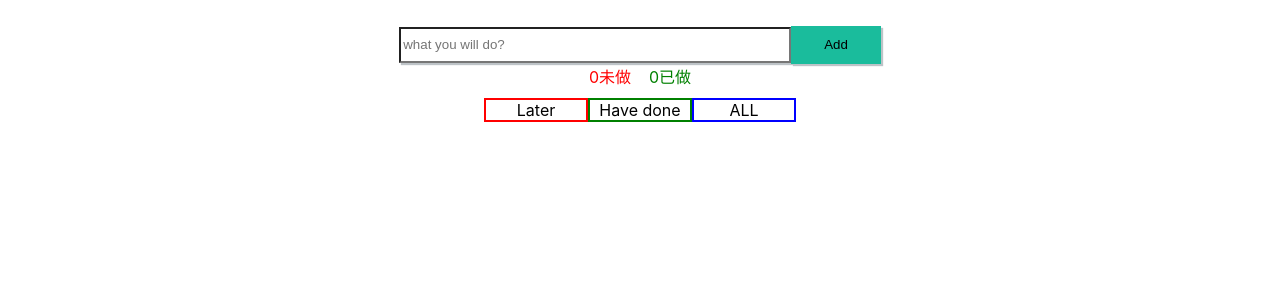
Repository: yurensmile/todolist
Page: /
The author's editor kept a copy of each file at every save. The page is drawn from the files as they stood at one save, then again after a run of saves.
The browser window is 1280 px wide. The pictures show the whole page.
The project was rebuilt for these pictures with package versions that can differ from the ones it lists, and the page was loaded fresh each time. Also part of the build but not shown: src/All.js, src/HaveDone.js.

Above is the page before, as saved 2019-03-20 17:08:22.

### src/App.js
import React, { Component } from 'react';
import Todos from './Todos'
import './App.css';

class App extends Component {

  constructor() {
    super();
    this.state={
      inputValue: '',
      laters: [],
      havedones: [],
      checked: false,
      id: 1
    };
    this.updateHavedone = this.updateHavedone.bind(this);
    this.updateLaters = this.updateLaters.bind(this);
  }

  handleOnClick() {
    this.setState(state =>{
      const laters = state.laters.concat(state.inputValue);

      return {
        laters,
        inputValue: ""
      }
    })
    console.log(this.state.all);
  }
  updateInputValue(e) {
    this.setState({
      inputValue: e.target.value
    })
  }

// 点击了三栏内容
  contentOnclick(e) {
    let choice = e.target.innerHTML;
    this.setState((preState)=>{
      switch(choice){
        case "Later": return {id: 1};
        case "Have done": return {id: 2};
        case "ALL": return {id: 3};
        default: return {id:1};
      }
    })
  }

 // 如果todo中的某个被点击，则在todo中删除，并添加到havedone中
  updateHavedone(index, item){
    this.setState(state => {
      let n = state.laters.indexOf(item);
      let tem = state.laters.slice();
      tem.splice(n, 1);
      let havedones = state.havedones.concat(item);
      return ({
        havedones,
        laters: tem
      })
    })
  }

// 如果havedone中的某个被点击，则在havedone中删除，并添加到later中
  updateLaters(index, item){
    console.log("this is updatelaters");
    this.setState(state => {
      let n = state.havedones.indexOf(item);
      let tem = state.havedones.slice();
      tem.splice(n, 1);
      let laters = state.laters.concat(item);
      return({
        laters,
        havedones: tem
      })
    })
  }

  render() {
    return (
      <div className="App">
        <input type="text" placeholder="what you will do?" name="todo" value={this.state.inputValue} onChange={this.updateInputValue.bind(this)}/>
        <button onClick={this.handleOnClick.bind(this)}>Add</button><br/>
        <span style={{color: "red"}}>{this.state.laters.length}未做&nbsp;&nbsp;&nbsp;&nbsp;</span>
        <span style={{color: "green"}}>{this.state.havedones.length}已做</span>
        <div id="content" onClick={this.contentOnclick.bind(this)}>
          <div className="choice later">Later</div>
          <div className="choice havedone" >Have done</div>
          <div className="choice all">ALL</div>
        </div>
        {/* 列表内容 */}
        <Todos
          id={this.state.id}
          laters={this.state.laters}
          havedones={this.state.havedones}
          all={this.state.all}
          updateHavedones={this.updateHavedone}
          updateLaters={this.updateLaters}
        />
      </div>
    );
  }
}

export default App;

### src/Todos.js
import React, { Component } from 'react';
import All from './All'
import HaveDone from './HaveDone'
import Later from './Later'

class Todos extends Component{

  render(){
    return(
      <div>
        {
          (()=>{
            switch(this.props.id){
              case 1: return <Later laters={this.props.laters}
                                  updateHavedones={this.props.updateHavedones}
                                  />;
              case 2: return <HaveDone havedones={this.props.havedones}
                                  updateLaters={this.props.updateLaters}
                                  />;
              case 3: return <All laters={this.props.laters} havedones={this.props.havedones}/>
              default: console.log("sofunny");
            }

          })()}
      </div>
    )
  }
}
export default Todos;

### src/App.css
.App {
  margin-top: 2%;
  text-align: center;
}

input[type="checkbox"]{
  visibility: hidden;
}

ul{
  list-style-type: none;
}
li{
  display: inline-block;
  width: 100px;
  height: 40px;
  line-height: 30px;
  height: 30px;
  margin-bottom: 4px;
}
.choice{
  margin-top: 10px;
  display: inline-block;
  width: 100px;
  text-align: center;
  border:2px solid rgb(197, 193, 193);
}
.later{
  border-color: red;
}
.havedone{
  border-color: green;
}
.all{
  border-color: blue;
}

.toggle{
  display: inline-block;
}
.App-link {
  color: #61dafb;
}
input[type="text" ]{
  width: 30%;
  height: 30px;
  box-shadow: 2px 2px 1px rgba(189, 195, 199,1.0);
}

button{
  background-color: rgba(26, 188, 156,1.0);
  border: 0px;
  width: 7%;
  height: 38px;
  box-shadow: 2px 2px 1px rgba(189, 195, 199,1.0);
}

### src/Later.js
import React, { Component } from 'react';

class Later extends Component{
  constructor(props){
    super(props);
    this.state = {
      checked: false,
    };
  }

  // 点击了todo 列表的内容
  handleTodoOnclick(checked, index, item, e){
    // if e.target is not text
        // let box = e.target.previousSibling;
        this.setState((preState)=>{
          return {checked: !preState.checked}
        });
        if(checked){
          // thing to later
          // box.checked = false;
        }else{
          // thing to have done
          // box.checked = true;
  //如果later中的某个被点击，则在later中删除，并添加到havedone中
          this.props.updateHavedones(index, item);
        }
      }
  render(){
    return (
      <ul>
        {this.props.laters.map((item, index)=>{
          return (
            <div onClick={
              this.handleTodoOnclick.bind(this, this.state.checked, index, item)
              }>
              <input className="toggle" type="checkbox"/>
              <li style={{color: "red"}} key={index}>{item}</li>
            </div>
          )
        })}
      </ul>
    )
  }
}

export default Later;

Loaded but not shown: public/index.html (common file); src/index.js (common file); src/index.css (common file); src/serviceWorker.js (common file)

After the next 2 saves:
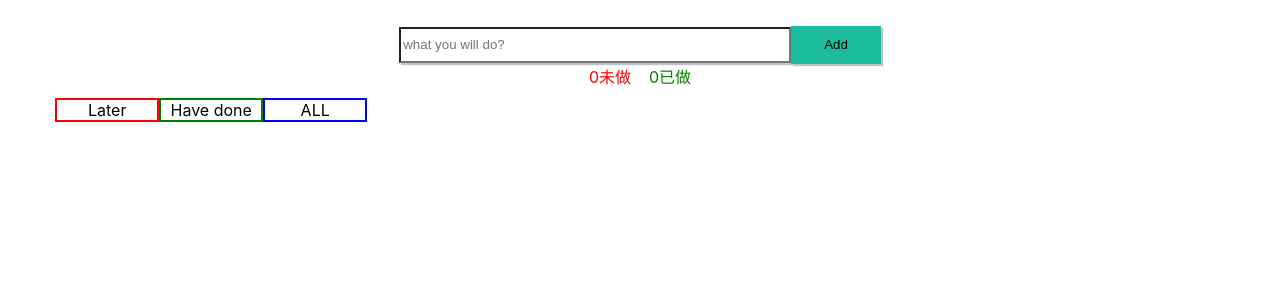
The 2 saves are shown as one change because 1 did not build or start.
The last was saved 3 min 14 s later.
--- a/src/App.js
+++ b/src/App.js
@@ -83,7 +83,7 @@
         <button onClick={this.handleOnClick.bind(this)}>Add</button><br/>
         <span style={{color: "red"}}>{this.state.laters.length}未做&nbsp;&nbsp;&nbsp;&nbsp;</span>
         <span style={{color: "green"}}>{this.state.havedones.length}已做</span>
-        <div id="content" onClick={this.contentOnclick.bind(this)}>
+        <div id="content" onClick={this.contentOnclick.bind(this)} style={{width: "33%"}}>
           <div className="choice later">Later</div>
           <div className="choice havedone" >Have done</div>
           <div className="choice all">ALL</div>

After the save that followed:
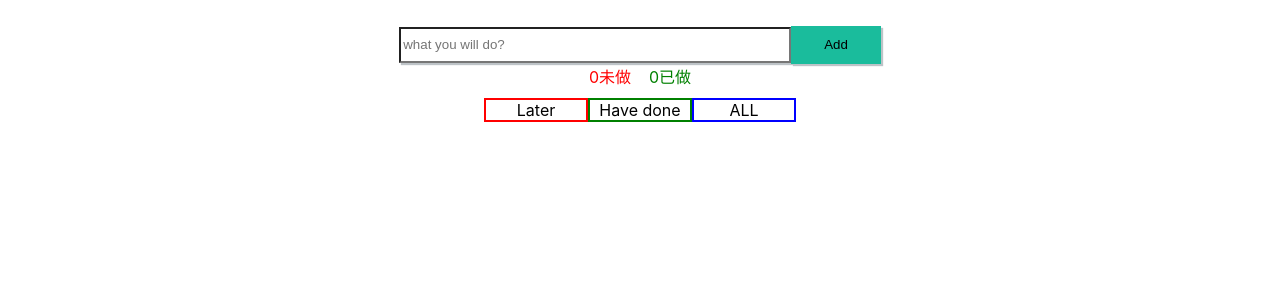
Saved 11 s later.
--- a/src/App.js
+++ b/src/App.js
@@ -83,7 +83,7 @@
         <button onClick={this.handleOnClick.bind(this)}>Add</button><br/>
         <span style={{color: "red"}}>{this.state.laters.length}未做&nbsp;&nbsp;&nbsp;&nbsp;</span>
         <span style={{color: "green"}}>{this.state.havedones.length}已做</span>
-        <div id="content" onClick={this.contentOnclick.bind(this)} style={{width: "33%"}}>
+        <div id="content" onClick={this.contentOnclick.bind(this)}>
           <div className="choice later">Later</div>
           <div className="choice havedone" >Have done</div>
           <div className="choice all">ALL</div>
